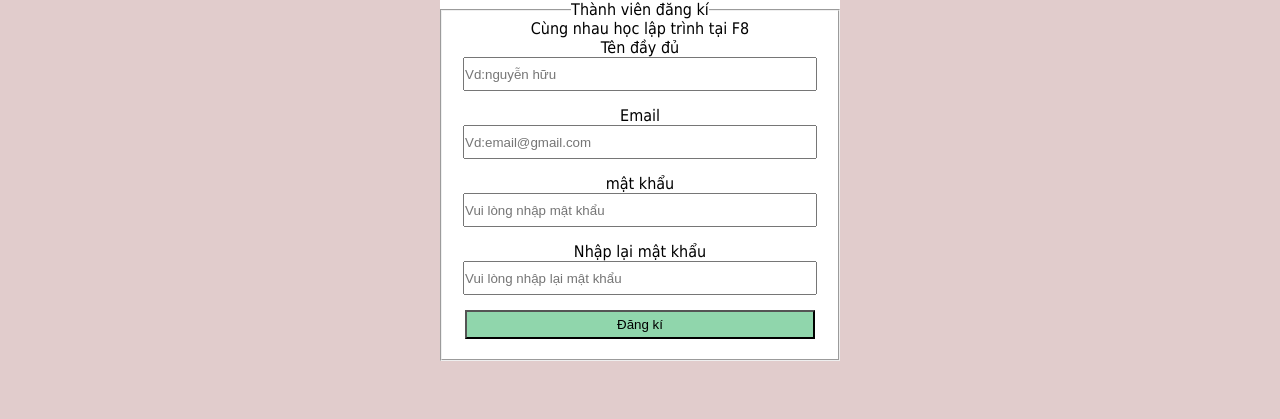
Repository: HuunvDev/Validator
Page: index.html
An editor plug-in stored every save of this project. The page is shown before and after a run of saves, followed by the edit.
The browser window is 1280 px wide. The pictures show the whole page.

Above is the page before, as saved 2022-08-20 08:56:19.

After the next 2 saves:
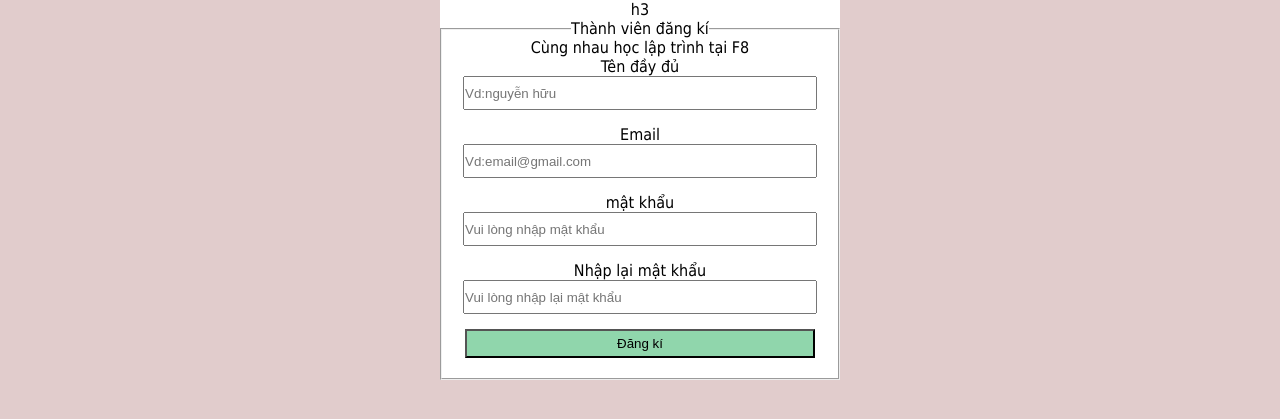
The 2 saves are shown as one change because they came seconds apart.
The last was saved 17 s later.
--- a/index.html
+++ b/index.html
@@ -9,7 +9,9 @@
 </head>
 <body>
     <div class="main">
-        <form action="" method="POST" class="form" id="form-1"></form>
+        <form action="" method="POST" class="form" id="form-1">
+            h3
+        </form>
     </div>
     <form action="register" name ="form-name">
         <fieldset>

After the 2 saves that followed:
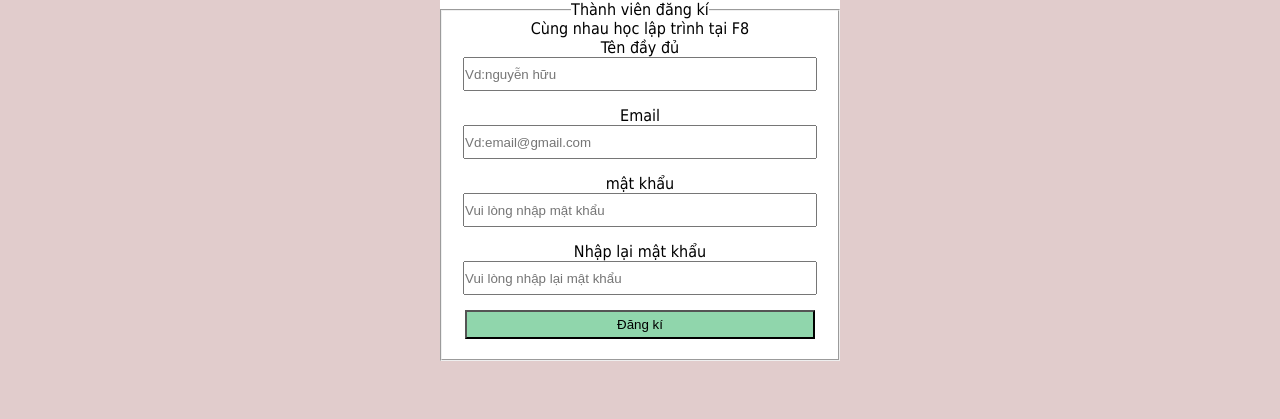
The 2 saves are shown as one change because they came seconds apart.
The last was saved 5 s later.
--- a/index.html
+++ b/index.html
@@ -10,7 +10,7 @@
 <body>
     <div class="main">
         <form action="" method="POST" class="form" id="form-1">
-            h3
+            <h3 class="heading"></h3>
         </form>
     </div>
     <form action="register" name ="form-name">
